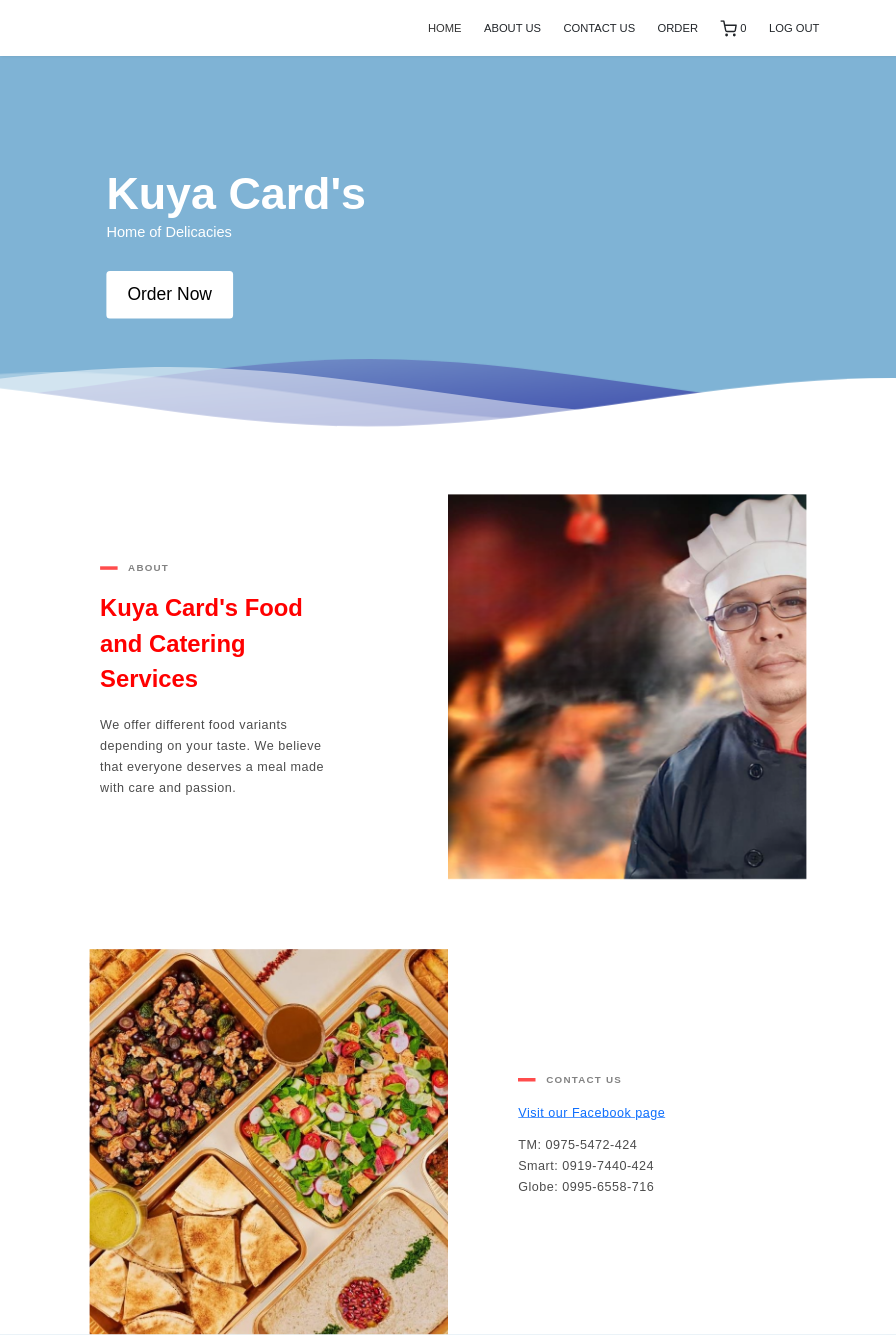
Repository: banbanny/kuyacards_catering
Page: http://localhost/login_signup.php
The author's editor kept a copy of each file at every save. The page is drawn from the files as they stood at one save, then again after a run of saves.
The browser window is 1280 px wide. The pictures show the part of the page from y = 0 to 1920 px (the page is 2916 px tall), at 70% of full size.
The page is run by PHP 8.4 with error messages shown; the project is at /var/www/html/.

Above is the page before, as saved 2024-11-26 21:13:31.

After the next 2 saves:
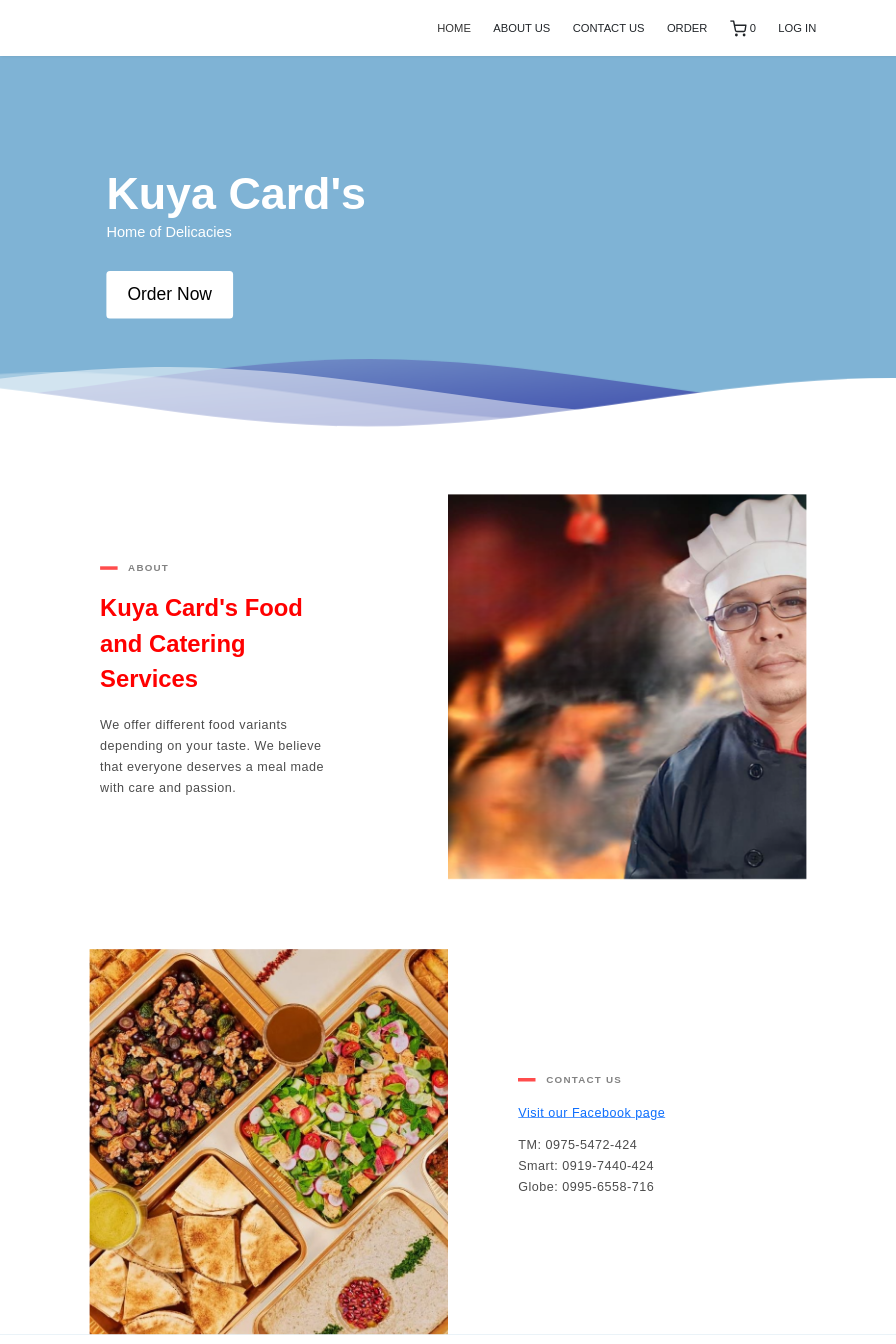
The 2 saves are shown as one change because they came seconds apart.
The last was saved 8 s later.
--- a/login_signup.php
+++ b/login_signup.php
@@ -47,7 +47,11 @@ if (isset($_SESSION['user_id'])) {
                         <span id="cart-count">0</span> <!-- Cart count span -->
                     </a>
                 </li>
+                <?php if (isset($_SESSION['user_id'])): ?>
                     <li><a href="logout.php" class="nav-link">LOG OUT</a></li>
+                <?php else: ?>
+                    <li><a href="login_signup.php" class="nav-link">LOG IN</a></li>
+                <?php endif; ?>
             </ul>
         </nav>
     </header>
